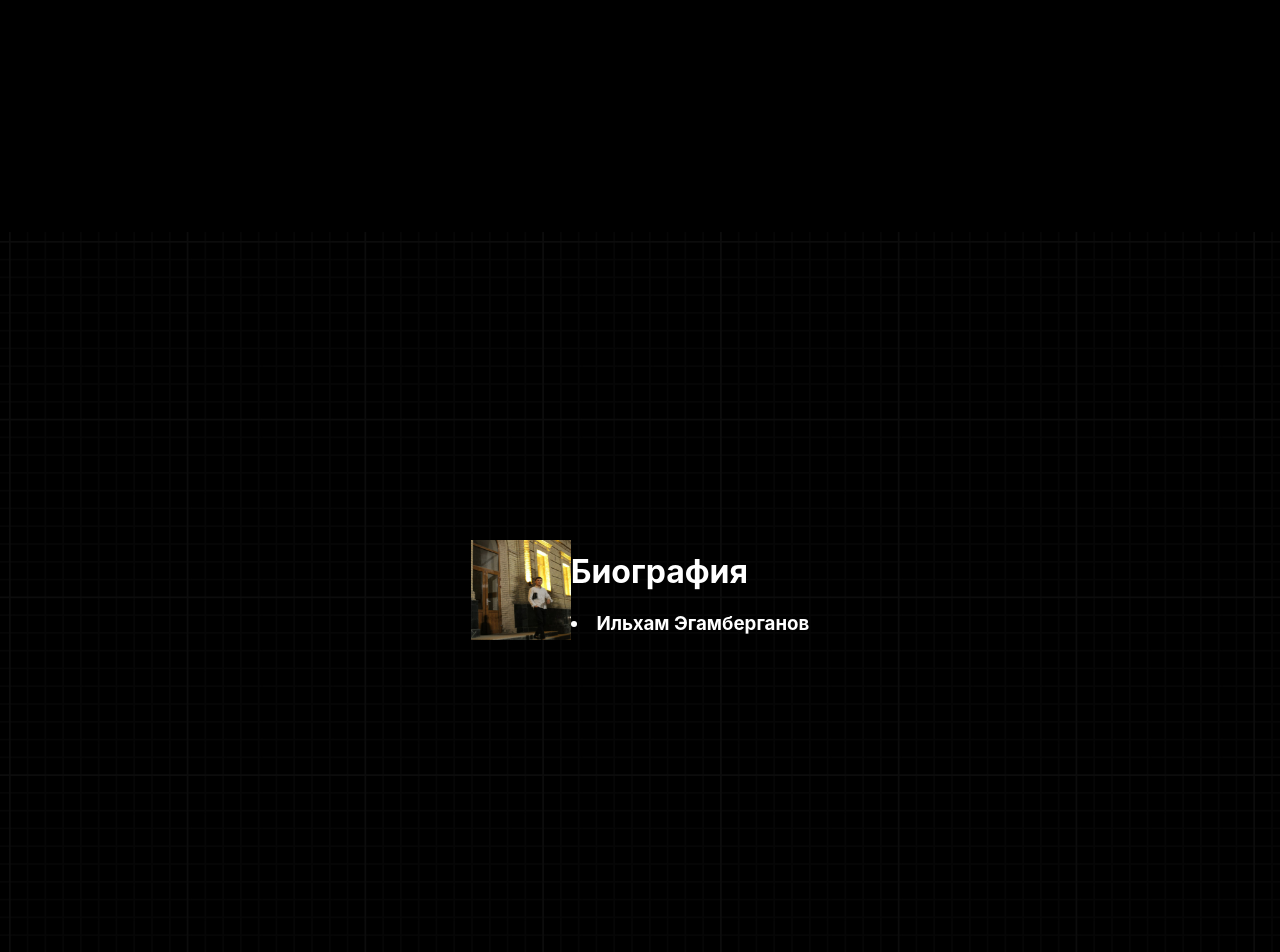
Repository: sardorexe/xishnik
Page: /
The author's editor kept a copy of each file at every save. The page is drawn from the files as they stood at one save, then again after a run of saves.
The browser window is 1280 px wide. The pictures show the part of the page from y = 488 to 1440 px (the page is 1440 px tall).
Pictures or frames that could not be fetched are drawn as grey boxes. Some web fonts or font styles are not loaded; a fallback is used. The project was rebuilt for these pictures with package versions that can differ from the ones it lists, and the page was loaded fresh each time. Some packages were replaced by stand-ins written for this rebuild. The framework's server and built-in components were replaced by stand-ins that run in the browser. Also part of the build but not shown: next.config.js.

Above is the page before, as saved 2021-09-27 15:26:46.

After the next 2 saves:
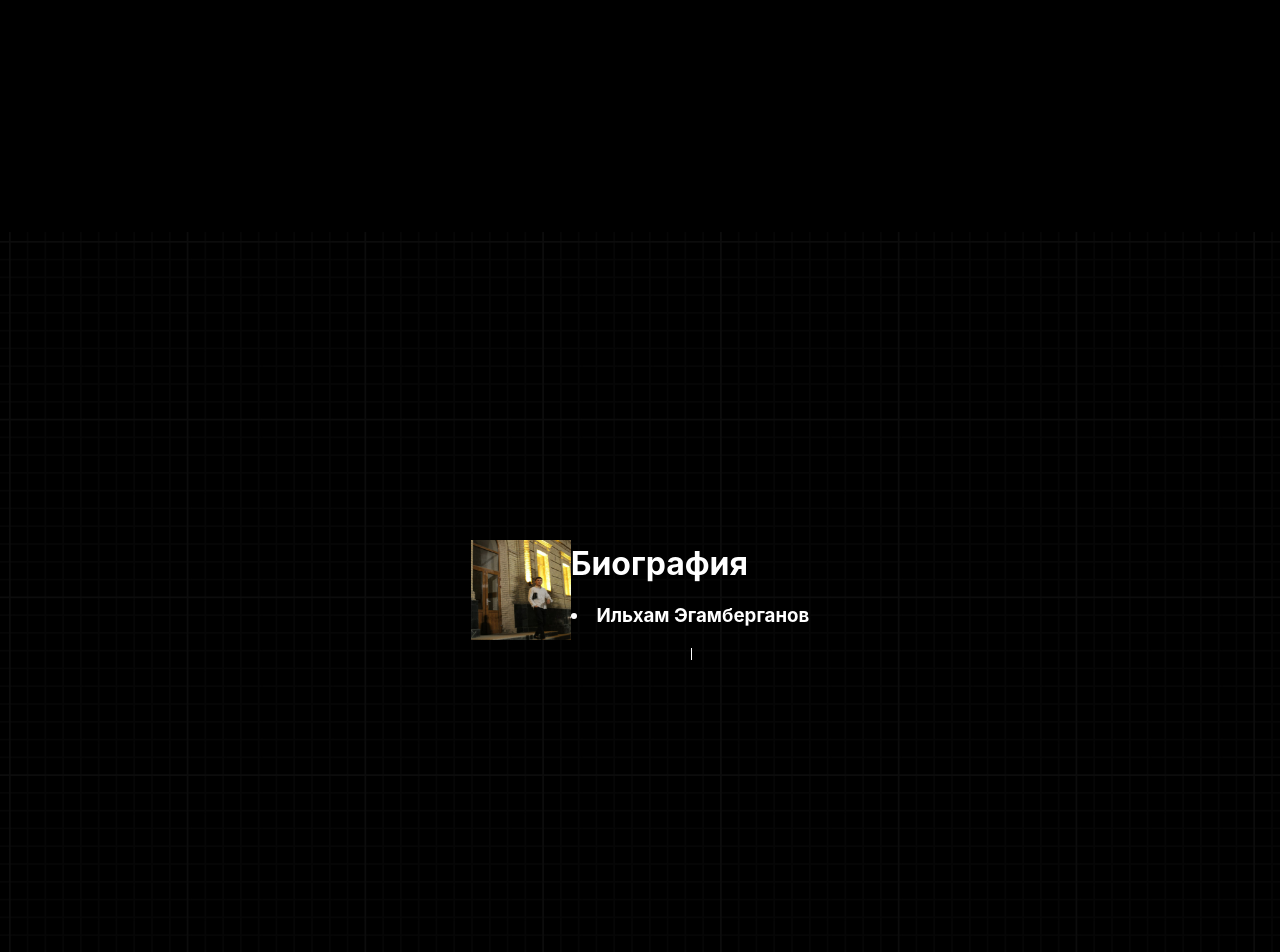
The 2 saves are shown as one change because they came seconds apart.
The last was saved 12 s later.
--- a/comps/Biography.js
+++ b/comps/Biography.js
@@ -1,5 +1,6 @@
 import styles from "../styles/Biography.module.css";
 import Image from "next/image";
+import AboutBox from "./miniComp/AboutBox";
 
 export default function Biography() {
   return (
@@ -16,6 +17,7 @@ export default function Biography() {
         <h1 className={styles.contentTitle}>Биография</h1>
         <h3><li>Ильхaм Эгамберганов</li></h3>
         <div className={styles.about}>
+          <AboutBox icon="" />
         </div>
       </div>
     </main>
